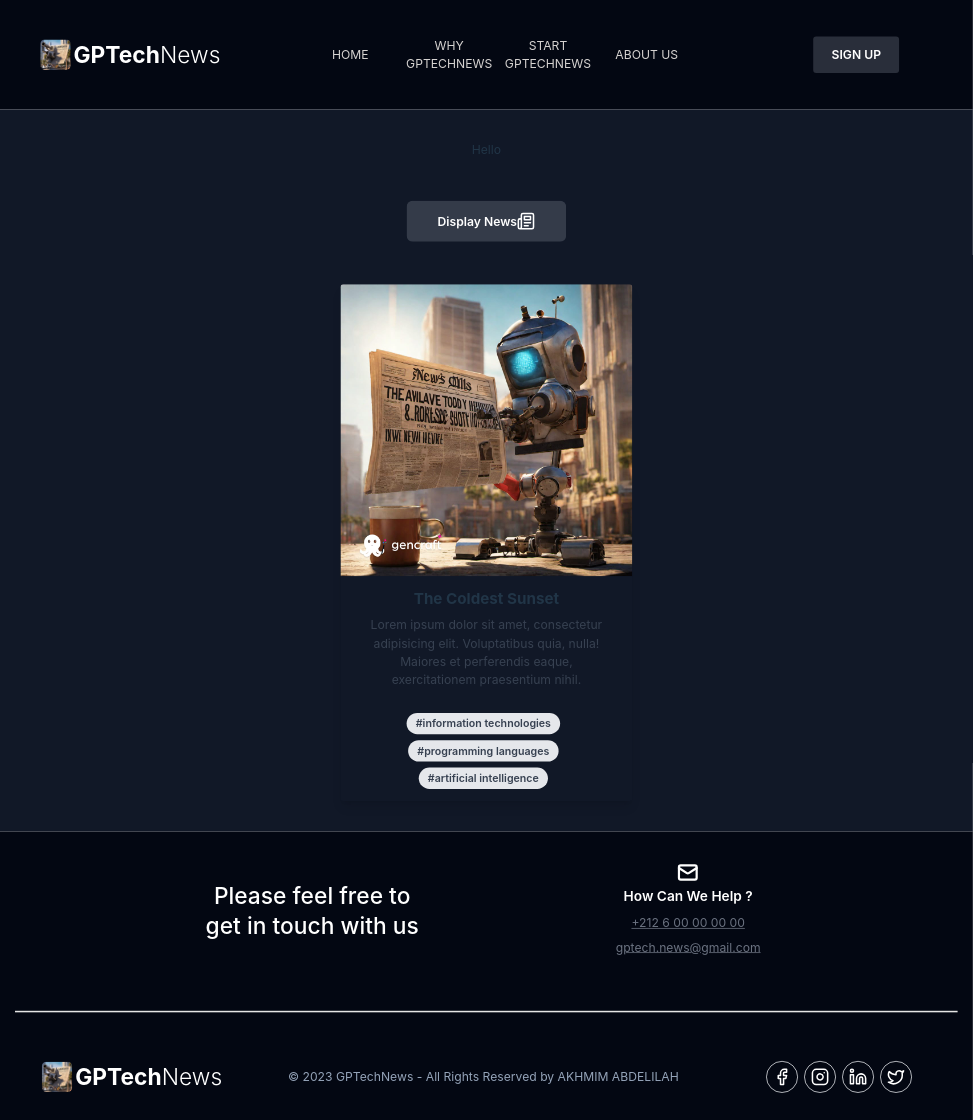
Repository: Lablab-me-Hackathon/gptech-news-frontend
Page: /
The author's editor kept a copy of each file at every save. The page is drawn from the files as they stood at one save, then again after a run of saves.
The browser window is 1280 px wide. The pictures show the whole page, at 76% of full size.
The project was rebuilt for these pictures with package versions that can differ from the ones it lists, and the page was loaded fresh each time. Also part of the build but not shown: vite.config.js.

Above is the page before, as saved 2023-08-05 17:28:45.

### index.html
<!doctype html>
<html lang="en">
  <head>
    <meta charset="UTF-8" />
    <link rel="icon" type="image/svg+xml" href="/logo.png" />
    <meta name="viewport" content="width=device-width, initial-scale=1.0" />
    <title>GPTech News</title>
  </head>
  <body>
    <div id="root"></div>
    <script type="module" src="/src/main.jsx"></script>
  </body>
</html>

### src/App.jsx
import './styles/App.css'
import Header from './components/Header'
import Main from './components/Main';
import Footer from './components/Footer';

function App() {

  return (
    <div className='w-full h-full flex-box flex-col'>
     <Header />
      <Main />
      <Footer />
    </div>
  )
}

export default App

### src/styles/index.css
@tailwind base;
@tailwind components;
@tailwind utilities;

* {
  padding: 0;
  margin: 0;
}

@layer components {
  .menu-item {
    @apply p-2 text-stone-300 text-base font-normal cursor-pointer flex-1 border-black rounded hover:text-blue-950 uppercase;
  }
  .flex-box {
    @apply flex items-center justify-center;
  }
}

:root {
  font-family: Inter, system-ui, Avenir, Helvetica, Arial, sans-serif;
  line-height: 1.5;
  font-weight: 400;

  color-scheme: light dark;
  color: rgba(255, 255, 255, 0.87);
  background-color: #242424;

  text-rendering: optimizeLegibility;
  -webkit-font-smoothing: antialiased;
  -moz-osx-font-smoothing: grayscale;
}

a {
  font-weight: 500;
  color: #646cff;
  text-decoration: inherit;
}
a:hover {
  color: #535bf2;
}

body {
  min-width: 320px;
  min-height: 100vh;
}

h1 {
  font-size: 3.2em;
  line-height: 1.1;
}

button {
  border-radius: 8px;
  border: 1px solid transparent;
  padding: 0.6em 1.2em;
  font-size: 1em;
  font-weight: 500;
  font-family: inherit;
  background-color: #1a1a1a;
  cursor: pointer;
  transition: border-color 0.25s;
}
button:hover {
  border-color: #646cff;
}
button:focus,
button:focus-visible {
  outline: 4px auto -webkit-focus-ring-color;
}

@media (prefers-color-scheme: light) {
  :root {
    color: #213547;
    background-color: #ffffff;
  }
  a:hover {
    color: #747bff;
  }
  button {
    background-color: #f9f9f9;
  }
}

### src/styles/App.css
#root {
  /* margin: 0 auto; */
  text-align: center;
}

.logo {
  height: 6em;
  padding: 1.5em;
  will-change: filter;
  transition: filter 300ms;
}
.logo:hover {
  filter: drop-shadow(0 0 2em #646cffaa);
}
.logo.react:hover {
  filter: drop-shadow(0 0 2em #61dafbaa);
}

@keyframes logo-spin {
  from {
    transform: rotate(0deg);
  }
  to {
    transform: rotate(360deg);
  }
}

@media (prefers-reduced-motion: no-preference) {
  a:nth-of-type(2) .logo {
    animation: logo-spin infinite 20s linear;
  }
}

.card {
  padding: 2em;
}

.read-the-docs {
  color: #888;
}

### src/components/Header.jsx
import MenuItems from "../services/header/MenuItems";
import Logo from "../services/header/Logo";
import SignUp from "../services/header/SignUp";

// import "../styles/Header.css";

function Header() {
  return (
    <div className="header flex-box px-2 justify-around flex-col md:flex-row w-full h-full py-5 bg-gray-950 text-center">
      <Logo />
      <MenuItems />
      <SignUp />
    </div>
  );
}

export default Header;

### src/components/Main.jsx
import Button from "../services/main/Button";
import Hello from "../services/main/Hello";
import Cards from './../services/main/Cards';

function Main() {


  return (
    <div className="text-center w-full py-10 flex-box flex-col scroll-smooth bg-gray-900">

      <div className="w-full flex-box">

          <div className="flex-box flex-col">
            <Hello />
          </div>

      </div>
      <div className="w-full flex-box">

          <div className="flex-box flex-col">
            <Button />
          </div>

      </div><div className="w-full flex-box">

        <div className="flex-box flex-col">
          <Cards />
        </div>

    </div>
    </div>
  );
}

export default Main;

### src/components/Footer.jsx

import TopFooter from './../services/footer/TopFooter';
import BotFooter from "../services/footer/BotFooter";

function Footer() {
  return (
    <div className="w-full h-full px-5 py-5 flex-box flex-col bg-gray-950 scroll-smooth text-center">
      <TopFooter />
      <div className="w-full h-px border border-neutral-200"></div>
      <BotFooter />
    </div>
  );
}

export default Footer;

### src/services/header/MenuItems.jsx
function MenuItems() {
  return (
    <div className="flex items-center justify-between py-5 ">
      <div className="menu-item">Home</div>
      <div className="menu-item">Why GPTechNews</div>
      <div className="menu-item">Start GPTechNews</div>
      <div className="menu-item">About us</div>
    </div>
  );
}

export default MenuItems;

### src/services/header/Logo.jsx

function Logo() {
  return (
    <div className="w-48 h-10 flex-box">
      <img className="w-10 h-10 mx-1 rounded-md" src="logo.png" alt='logo' />
      <div className="">
        <span className="text-white text-3xl font-bold">GPTech</span>
        <span className="text-white text-3xl font-light">News</span>
      </div>
    </div>
  )
}

export default Logo

### src/services/header/SignUp.jsx
function SignUp() {
  return (
    <div className="w-40 h-12 justify-center items-center inline-flex cursor-pointer uppercase">
      <div className="px-6 py-3.5 bg-gray-400 bg-opacity-25 rounded justify-start items-start gap-2.5 inline-flex">
        <div className="text-center text-white text-base font-semibold leading-tight">
          Sign up
        </div>
      </div>
    </div>
  );
}

export default SignUp;

### src/services/main/Button.jsx
// import { PropTypes } from "prop-types";

import { Newspaper } from "lucide-react";

const News = () => {
  // let { response } = props;
  const displayNews = async (e) => {
    e.preventDefault();
  };
  return (
    <div className="w-full flex-col md:flex-row py-10 flex-box justify-evenly">

      <button
        type="submit"
        className="px-10 py-3.5 my-4 bg-gray-400 bg-opacity-25  text-center text-white text-base font-semibold leading-tight mx-2 rounded-lg flex-box"
        onClick={displayNews}
      >
        Display News
        <Newspaper />
      </button>

    </div>
  );
}

News.propTypes = {
  // response: PropTypes.string.isRequired,
};
export default News;

### src/services/main/Hello.jsx

function Hello() {
  return (
    <div>Hello</div>
  )
}

export default Hello

### src/services/main/Cards.jsx

function Cards() {
  return (
    <div><div className="max-w-sm rounded overflow-hidden shadow-lg">
    <img className="w-full" src="ainews.jpg" alt="Sunset in the mountains" />
    <div className="px-6 py-4">
      <div className="font-bold text-xl mb-2">The Coldest Sunset</div>
      <p className="text-gray-700 text-base">
        Lorem ipsum dolor sit amet, consectetur adipisicing elit. Voluptatibus quia, nulla! Maiores et perferendis eaque, exercitationem praesentium nihil.
      </p>
    </div>
    <div className="px-6 pt-4 pb-2">
      <span className="inline-block bg-gray-200 rounded-full px-3 py-1 text-sm font-semibold text-gray-700 mr-2 mb-2">#information technologies</span>
      <span className="inline-block bg-gray-200 rounded-full px-3 py-1 text-sm font-semibold text-gray-700 mr-2 mb-2">#programming languages</span>
      <span className="inline-block bg-gray-200 rounded-full px-3 py-1 text-sm font-semibold text-gray-700 mr-2 mb-2">#artificial intelligence</span>
    </div>
  </div></div>
  )
}

export default Cards

### src/services/footer/TopFooter.jsx
import { Mail} from "lucide-react";

function TopFooter() {
  return (
    <div className="top-footer w-full flex-box justify-evenly flex-col md:flex-row pb-12">
      <div className="text-white text-3xl font-medium leading-10 py-5">
        Please feel free to
        <br />
        get in touch with us
      </div>

      <div className="py-5 flex-box flex-col">
        <Mail size={28} strokeWidth={2.5} color="white" />
        <div className="py-1 text-white text-lg font-semibold leading-norma">
          How Can We Help ?
        </div>
        <div className="py-1 w-52 text-gray-500 text-base font-normal underline leading-normal">
          +212 6 00 00 00 00
        </div>

        <div className="py-1 w-52 text-gray-500 text-base font-normal underline leading-normal">
        gptech.news@gmail.com
        </div>
      </div>
    </div>
  );
}

export default TopFooter;

### src/services/footer/BotFooter.jsx
import Logo from "./../header/Logo";
import Copyright from "./Copyright";
import Social from "./Social";

function BotFooter() {
  return (
    <div className="bottom-footer w-full pt-12 flex-box justify-around flex-col md:flex-row flex-end">
      <Logo />
      <Copyright />
      <Social />
    </div>
  );
}

export default BotFooter;

### src/services/footer/Copyright.jsx
function Copyright() {
  return (
    <div className="py-5 text-slate-400 text-base font-normal">
      © 2023 GPTechNews - All Rights Reserved by AKHMIM ABDELILAH
    </div>
  );
}

export default Copyright;

### src/services/footer/Social.jsx
import { Facebook, Instagram, Linkedin, Twitter } from "lucide-react";

function Social() {
  return (
    <div className="py-3">
      <div className="flex-box text-white">
        <div className="border cursor-pointer p-2 m-1 rounded-full ">
          <Facebook size={24} strokeWidth={2} />
        </div>
        <div className="border cursor-pointer p-2 m-1 rounded-full">
          <Instagram size={24} strokeWidth={2} />
        </div>
        <div className="border cursor-pointer p-2 m-1 rounded-full">
          <Linkedin size={24} strokeWidth={2} />
        </div>
        <div className="border cursor-pointer p-2 m-1 rounded-full">
          <Twitter size={24} strokeWidth={2} />
        </div>
      </div>
    </div>
  );
}

export default Social;

Loaded but not shown: src/main.jsx (common file); tailwind.config.js (common file)

After the next 2 saves:
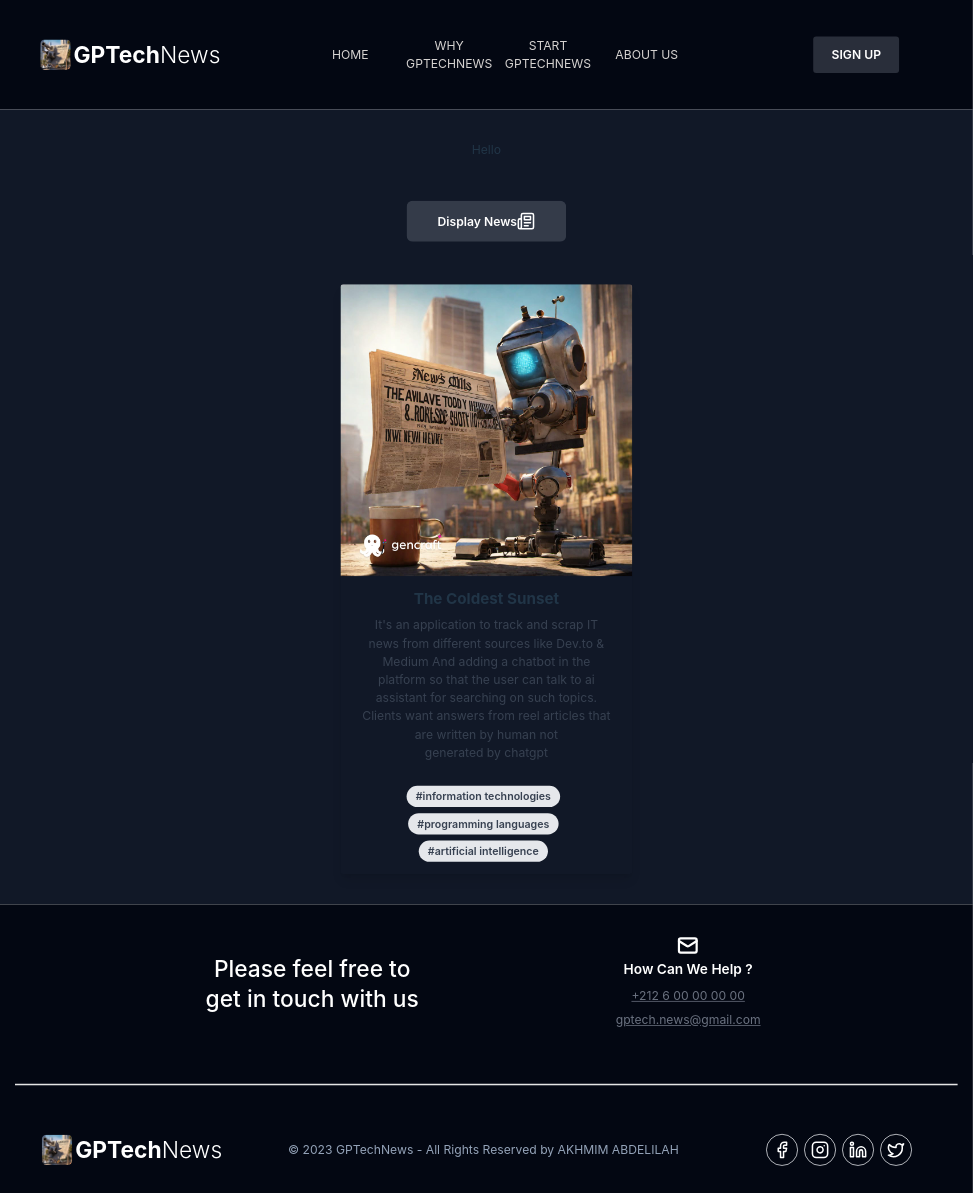
The 2 saves are shown as one change because they came seconds apart.
The last was saved 5 min 5 s later.
--- a/src/services/main/Cards.jsx
+++ b/src/services/main/Cards.jsx
@@ -1,21 +1,36 @@
-
 function Cards() {
   return (
-    <div><div className="max-w-sm rounded overflow-hidden shadow-lg">
-    <img className="w-full" src="ainews.jpg" alt="Sunset in the mountains" />
-    <div className="px-6 py-4">
-      <div className="font-bold text-xl mb-2">The Coldest Sunset</div>
-      <p className="text-gray-700 text-base">
-        Lorem ipsum dolor sit amet, consectetur adipisicing elit. Voluptatibus quia, nulla! Maiores et perferendis eaque, exercitationem praesentium nihil.
-      </p>
+    <div>
+      <div className="max-w-sm rounded overflow-hidden shadow-lg">
+        <img
+          className="w-full"
+          src="ainews.jpg"
+          alt="Sunset in the mountains"
+        />
+        <div className="px-6 py-4">
+          <div className="font-bold text-xl mb-2">The Coldest Sunset</div>
+          <p className="text-gray-700 text-base">
+            It's an application to track and scrap IT news from different
+            sources like Dev.to & Medium And adding a chatbot in the platform so
+            that the user can talk to ai assistant for searching on such topics.
+            Clients want answers from reel articles that are written by human
+            not generated by chatgpt
+          </p>
+        </div>
+        <div className="px-6 pt-4 pb-2">
+          <span className="inline-block bg-gray-200 rounded-full px-3 py-1 text-sm font-semibold text-gray-700 mr-2 mb-2">
+            #information technologies
+          </span>
+          <span className="inline-block bg-gray-200 rounded-full px-3 py-1 text-sm font-semibold text-gray-700 mr-2 mb-2">
+            #programming languages
+          </span>
+          <span className="inline-block bg-gray-200 rounded-full px-3 py-1 text-sm font-semibold text-gray-700 mr-2 mb-2">
+            #artificial intelligence
+          </span>
+        </div>
+      </div>
     </div>
-    <div className="px-6 pt-4 pb-2">
-      <span className="inline-block bg-gray-200 rounded-full px-3 py-1 text-sm font-semibold text-gray-700 mr-2 mb-2">#information technologies</span>
-      <span className="inline-block bg-gray-200 rounded-full px-3 py-1 text-sm font-semibold text-gray-700 mr-2 mb-2">#programming languages</span>
-      <span className="inline-block bg-gray-200 rounded-full px-3 py-1 text-sm font-semibold text-gray-700 mr-2 mb-2">#artificial intelligence</span>
-    </div>
-  </div></div>
-  )
+  );
 }
 
-export default Cards
+export default Cards;
